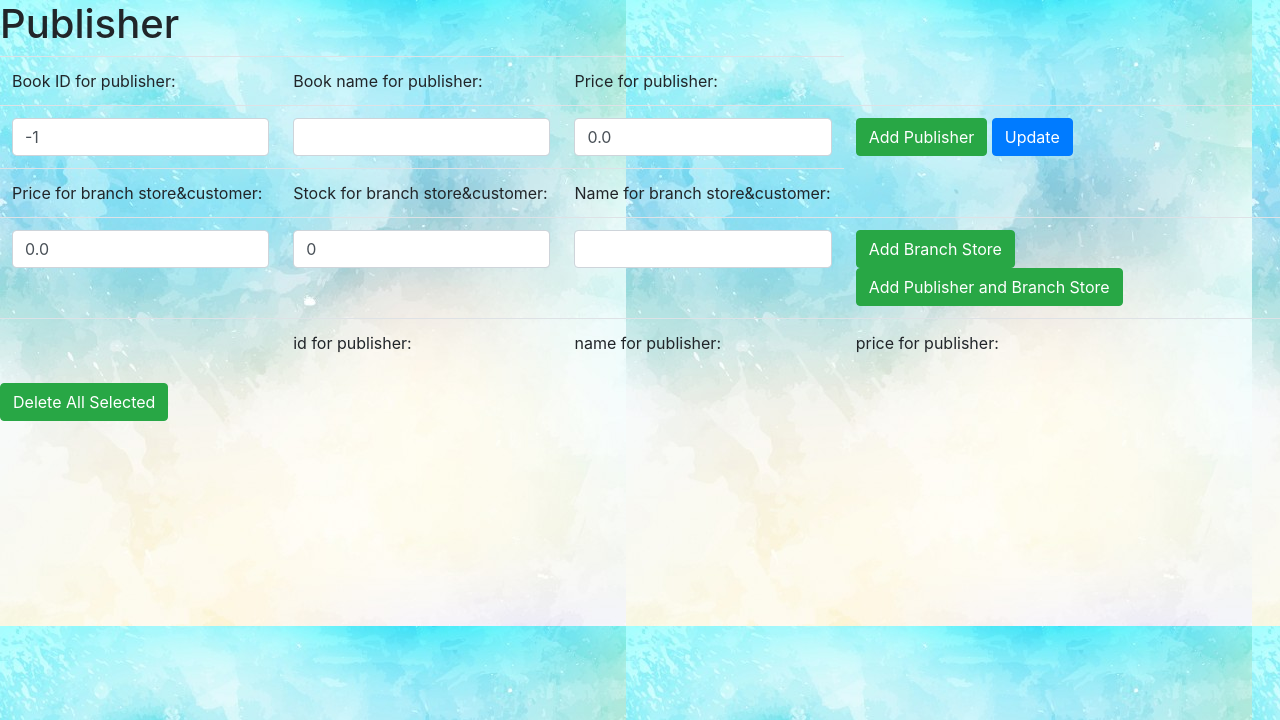
Repository: zhenyan02/HW_Projects
Page: http://localhost/bookStore/PublisherWeb.jsp
An editor plug-in stored every save of this project. The page is shown before and after the next save, followed by the edit.
The browser window is 1280 px wide. The pictures show the whole page.
The page is served by Tomcat 9. Other server files are loaded and not shown. Queries for data that is not in the repository find no rows.

Above is the page before, as saved 2018-11-28 20:22:54.

### 582_Final Project_JavaScript/bookStore/WebContent/PublisherWeb.jsp
<%@ page language="java" contentType="text/html; charset=ISO-8859-1"
    pageEncoding="ISO-8859-1" import="finalproject.bookstore.*, java.util.*"%>
<!DOCTYPE html PUBLIC "-//W3C//DTD HTML 4.01 Transitional//EN" "http://www.w3.org/TR/html4/loose.dtd">
<html>
<head>
<meta http-equiv="Content-Type" content="text/html; charset=ISO-8859-1">
<title>Insert title here</title>
<link href="css/bootstrap.css" rel="stylesheet"/>
</head>

<body background="back1.jpg">
	<h1>Publisher</h1>

<%
	SellerDAO dao = new SellerDAO();
    BranchDAO daoo = new BranchDAO();

	//controller{
	String action = request.getParameter("action");
    String name = request.getParameter("name");
    String price = request.getParameter("price");
    String id = request.getParameter("id");
	String action2 = request.getParameter("action2");
    String nameBuy = request.getParameter("nameBuy");
    String priceBuy = request.getParameter("priceBuy");
    String quantityBuy = request.getParameter("quantityBuy");
    String id2 = request.getParameter("id2");
    Seller app = new Seller();
    Branch apB = new Branch();

    /*
    			statement.setDouble(1, buyer.getSaleprice());
			statement.setInt(2, buyer.getQuantity());
			statement.setString(3, buyer.getName());*/

	//saleprice, quantity, name
    //Seller aXX2 = new Seller();
    //Seller aXX1 = new Seller();

    if("createSeller".equals(action)){
    	int idInt = Integer.parseInt(id);
    	double priceD = Double.parseDouble(price);
        app = new Seller(idInt, name, priceD);
    	dao.create(app);
    }else if("createBuyer".equals(action)){
    	int quantityBuyInt = Integer.parseInt(quantityBuy);
    	double priceBuyD = Double.parseDouble(priceBuy);
        apB = new Branch(priceBuyD, quantityBuyInt, nameBuy,0);
    	daoo.create(apB);
    }else if("remove".equals(action)){
    	//String nameString = String.parseString(id);
    	dao.remove(name);
    }else if("select".equals(action)){
    	//int idInt = Integer.parseInt(id);
    	app = dao.selectOne(name);
    }else if("update".equals(action)){
    	int idInt = Integer.parseInt(id);
    	double priceD = Double.parseDouble(price);
    	app = new Seller(idInt, name, priceD);
    	dao.update(name, app);
    }else if("create2".equals(action)){
    	int idInt = Integer.parseInt(id);
    	double priceD = Double.parseDouble(price);
        app = new Seller(idInt, name, priceD);
    	int quantityBuyInt = Integer.parseInt(quantityBuy);
    	double priceBuyD = Double.parseDouble(priceBuy);
        apB = new Branch(priceBuyD, quantityBuyInt, nameBuy,0 );
		dao.buyersellerInsert(app,apB);
    }else if("delete2".equals(action)){
    	//List<Seller> multiDelete = new ArrayList<Seller>();
    	//multiDelete.add(request.getParameterValues("ckbdelete"));
	    //dao.listDelete(multiDelete);
			System.out.println(request.getParameterValues("ckbdelete"));

    }


	//Seller app1 = new Seller("xxxyxx", 8.99);
	//dao.create(app1);


	List<Seller> sellers = dao.selectAll();
	 //}
%>
<form action="SellerWeb.jsp">
	<table class= "table">

			<tr>
			<td>Book ID for publisher:</td>
			<td>Book name for publisher:</td>
			<td>Price for publisher:</td>
			</tr>

			<tr>
			<td><input name="id" class="form-control" value="<%= app.getId()%>"/></td>
			<td><input name="name" class="form-control" value="<%= app.getName()%>"/></td>
			<td><input name="price" class="form-control" value="<%= app.getPrice()%>"/></td>
			<td>
				<button class="btn btn-success" name="action" value="createSeller">
					Add Publisher
				</button>
				<button class="btn btn-primary" name="action" value="update">
					Update
				</button>
			</td>
		</tr>
			<tr>
			<td>Price for branch store&customer:</td>
			<td>Stock for branch store&customer:</td>
			<td>Name for branch store&customer:</td>
			</tr>
		<tr>
			<td><input name="priceBuy" class="form-control" value="<%= apB.getSaleprice()%>"/></td>
			<td><input name="quantityBuy" class="form-control" value="<%= apB.getStock()%>"/></td>
			<td><input name="nameBuy" class="form-control" value="<%= apB.getName()%>"/></td>
			<td>
				<button class="btn btn-success" name="action" value="createBuyer">
					Add Branch Store
				</button>
				<button class="btn btn-success" name="action" value="create2">
					Add Publisher and Branch Store
				</button>
			</td>
		</tr>


			<tr><td></td>
			<td>id for publisher:</td>
			<td>name for publisher:</td>
			<td>price for publisher:</td>
			</tr>

<% for(Seller ap:sellers){


%>  <tr>
		<td><input name="ckbdelete" type="checkbox" value="<%= ap.getName()%>"/></td>
		<td><%= ap.getId() %></td>
		<td><%= ap.getName() %></td>
		<td><%= ap.getPrice() %></td>
		<td>
			<a class="btn btn-danger" href="SellerWeb.jsp?action=remove&name=<%= ap.getName() %>">
				Delete
			</a>
			<a class="btn btn-warning" href="SellerWeb.jsp?action=select&name=<%= ap.getName() %>">
				Select
			</a>
		</td>
	</tr>
<%
	}
%>
   </table>
</form>
				<button class="btn btn-success" name="action" value="delete2">
					Delete All Selected
				</button>
</body>
</html>

### 582_Final Project_JavaScript/bookStore/src/finalproject/bookstore/SellerDAO.java
package finalproject.bookstore;

import java.sql.Connection;
import java.sql.DriverManager;
import java.sql.PreparedStatement;
import java.sql.ResultSet;
import java.sql.SQLException;
import java.util.ArrayList;
import java.util.List;

public class SellerDAO {

	public Connection getConnection(){
		String connectionUrl = "jdbc:mysql://localhost:3306/onlineide";
		Connection connection = null;

		try {
			Class.forName("com.mysql.jdbc.Driver").newInstance();
			connection = DriverManager.getConnection(connectionUrl, "root", "zhenyanl");
		} catch (Exception e) {
			e.printStackTrace();
		}

		return connection;

	}

	public void closeConnection(Connection connection){
		try {
			connection.close();
		} catch (SQLException e) {
			e.printStackTrace();
		}
	}

	public void create(Seller seller){

		String sql = "insert into sellers(id, name, price) values (? ,?, ?)";

		Connection connection = getConnection();

		try {
			PreparedStatement statement = connection.prepareStatement(sql);
			statement.setInt(1, seller.getId());
			statement.setString(2, seller.getName());
			statement.setDouble(3, seller.getPrice());
			statement.execute();
		} catch (SQLException e) {
			e.printStackTrace();
		}finally {
			closeConnection(connection);
		}
	}



	public List<Seller> selectAll(){
		List<Seller> sellers = new ArrayList<Seller>();

		String sql = "select * from sellers";
		Connection connection = getConnection();

		try {
			PreparedStatement statement = connection.prepareStatement(sql);
			ResultSet results = statement.executeQuery();
			while(results.next()){
				int id = results.getInt("id");
				String name = results.getString("name");
				double price = results.getDouble("price");
				//int stockquantity = results.getInt("stockquantity");
				Seller seller = new Seller(id, name, price);
				sellers.add(seller);
			}
		} catch (SQLException e) {
			e.printStackTrace();
		}finally {
			closeConnection(connection);
		}

		return sellers;
	}

	public void remove(String name){
		String sql = "delete from sellers where name=?";

		Connection connection = getConnection();

		try {
			PreparedStatement statement = connection.prepareStatement(sql);
			statement.setString(1,  name);
			statement.execute();
		} catch (SQLException e) {
			e.printStackTrace();
		}finally{
			closeConnection(connection);
		}
	}


	public Seller selectOne(String name) {
		Seller app = null;

		String sql = "select * from sellers where name=?";
		Connection connection = getConnection();

		try {
			PreparedStatement statement = connection.prepareStatement(sql);
			statement.setString(1,  name);
			ResultSet results = statement.executeQuery();
			if(results.next()){
				int id = results.getInt("id");
				name = results.getString("name");
				double price = results.getDouble("price");
				app = new Seller(id,name,price);
			}
		} catch (SQLException e) {
			e.printStackTrace();
		}finally{
			closeConnection(connection);
		}
		return app;
	}

	public void update(String name, Seller app) {


		String sql = "update sellers set id=?, name=?, price=? where name=?";
		Connection connection = getConnection();

		try {
			PreparedStatement statement = connection.prepareStatement(sql);
			statement.setInt(1, app.getId());
			statement.setString(2, app.getName());
			statement.setDouble(3, app.getPrice());
			statement.setString(4, name);
			statement.execute();
		} catch (SQLException e) {
			e.printStackTrace();
		}finally{
			closeConnection(connection);
		}
	}


	/////////////////////////////////////////////////
	public void  listInsert(List<Seller> allInput){


		String sql = "insert into sellers(id, name, price) values (? ,?, ?)";
		Connection connection = getConnection();

		try {
			PreparedStatement statement = connection.prepareStatement(sql);
			//ResultSet results = statement.executeQuery();
			connection.setAutoCommit(false);
	        for (Seller seller : allInput) {
				statement.setInt(1, seller.getId());
				statement.setString(2, seller.getName());
				statement.setDouble(3, seller.getPrice());
				statement.execute();
				}
	        connection.commit();
		} catch (SQLException e) {
			e.printStackTrace();
								try {
									connection.rollback();
								} catch (SQLException e1) {
									e1.printStackTrace();
								}
		}finally {
			closeConnection(connection);
		}

	}
	///////////////////////////////////////////////////

	/////////////////////////////////////////////////
	public void  listDelete(List<Seller> allInput){


		String sql = "delete from sellers where name=?";
		Connection connection = getConnection();

		try {
			PreparedStatement statement = connection.prepareStatement(sql);
			//ResultSet results = statement.executeQuery();
			connection.setAutoCommit(false);
			for (Seller seller : allInput) {
				statement.setString(1, seller.getName());
				statement.execute();
				}
			connection.commit();
		} catch (SQLException e) {
			e.printStackTrace();
								try {
									connection.rollback();
								} catch (SQLException e1) {
									e1.printStackTrace();
								}
		}finally {
			closeConnection(connection);
		}

	}
	///////////////////////////////////////////////////
	public void  buyersellerInsert(Seller seller, Branch branch){


		String sqlS = "insert into sellers(id, name, price) values (? ,?, ?)";
		String sqlB = "insert into branchs(saleprice, stock, name, version) values (? ,?, ?,?)";
		Connection connection = getConnection();

		try {connection.setAutoCommit(false);
			PreparedStatement statementS = connection.prepareStatement(sqlS);
			statementS.setInt(1, seller.getId());
			statementS.setString(2, seller.getName());
			statementS.setDouble(3, seller.getPrice());
			statementS.execute();
			PreparedStatement statementB = connection.prepareStatement(sqlB);
			statementB.setDouble(1, branch.getSaleprice());
			statementB.setInt(2, branch.getStock());
			statementB.setString(3, branch.getName());
			statementB.setInt(4, branch.getVersion());
			statementB.execute();
			System.out.println("Reach here");
			//ResultSet results = statement.executeQuery();
	        connection.commit();
		} catch (SQLException e) {
			e.printStackTrace();
								try {
									connection.rollback();
								} catch (SQLException e1) {
									e1.printStackTrace();
								}
		}finally {
			closeConnection(connection);
		}

	}
	////////////////////////////////////////////////////


	public static void main(String[] args) {
		/*
		SellerDAO dao = new SellerDAO();


		Seller app1 = new Seller(1,"The Lord of Ring", 28.99);
		Seller app2 = new Seller(2,"The Kite Runner", 55.99);
		Seller app3 = new Seller(3,"The Da Vinci Code ", 36.59);
		Seller app4 = new Seller(4,"The Hunger Games", 56.89);
		Seller app5 = new Seller(5,"Life of Pi", 43.89);
		Seller app6 = new Seller(6,"Animal Farm", 67.99);
		Seller app7 = new Seller(7,"The Help", 19.99);
		Seller app8 = new Seller(8,"Gone Girl", 17.99);
		Seller app9 = new Seller(9,"Harry Potter", 39.99);
		Seller app10 = new Seller(10,"War and Peace", 47.99);
		dao.create(app1);
		dao.create(app2);
		dao.create(app3);
		dao.create(app4);
		dao.create(app5);
		dao.create(app6);
		dao.create(app7);
		dao.create(app8);
		dao.create(app9);
		dao.create(app10);
		*/
		/*
		BranchDAO daoo = new BranchDAO();


		Branch app11 = new Branch(38.99, 1,"The Lord of Ring",0);
		Branch app22 = new Branch(65.99,2,"The Kite Runner",0);
		Branch app33 = new Branch(46.59,1,"The Da Vinci Code ",0 );
		Branch app44 = new Branch(66.89, 3,"The Hunger Games" ,0);
		Branch app55 = new Branch(53.89, 1,"Life of Pi",0);
		Branch app66 = new Branch(77.99, 3,"Animal Farm",0);
		Branch app77 = new Branch(29.99,1,"The Help",0);
		Branch app88 = new Branch(27.99, 3,"Gone Girl",0);
		Branch app99 = new Branch(49.99, 6, "Harry Potter",0);
		//Branch app10 = new Branch(57.99, 10,"War and Peace");
		daoo.create(app11);
		daoo.create(app22);
		daoo.create(app33);
		daoo.create(app44);
		daoo.create(app55);
		daoo.create(app66);
		daoo.create(app77);
		daoo.create(app88);
		daoo.create(app99);
		*/


	}

}



///////////////////////TEST CODE////////////////////////////////

//Seller aXX2 = new Seller(11,"AYA", 28.99);
//Buyer aXX3 = new Buyer(38.99, 1,"ATA");
//dao.create(aXX2);
//daoo.create(aXX3);
//dao.buyersellerInsert(aXX2,aXX3);
//Seller aXX1 = new Seller(11,"AYA", 28.99);
//List<Seller> multiDelete = new ArrayList<Seller>();
//multiDelete.add(aXX2);
//multiDelete.add(aXX1);
//dao.listDelete(multiDelete);

//Seller apS1 = new Seller(11,"AXA", 28.99);
//dao.create(apS1);
//Seller apS2 = new Seller(12,"AYA", 66.66);
//dao.create(apS2);
//Seller apS3 = new Seller(13,"ZZZ", 28.99);
//dao.create(apS2);
//List<Seller> twoInputs = new ArrayList<Seller>();
//twoInputs.add(apS1);
//twoInputs.add(apS2);
//twoInputs.add(apS3);
//dao.listInsert(twoInputs);

//dao.listDelete(twoInputs);

//Buyer apB1 = new Buyer(38.99, 1,"XXX");
//daoo.create(apB1);
/*
Connection connection = dao.getConnection();
System.out.println(connection);
dao.closeConnection(connection);
*/

### 582_Final Project_JavaScript/bookStore/src/finalproject/bookstore/BranchDAO.java
package finalproject.bookstore;

import java.sql.Connection;
import java.sql.DriverManager;
import java.sql.PreparedStatement;
import java.sql.ResultSet;
import java.sql.SQLException;
import java.util.ArrayList;
import java.util.List;

public class BranchDAO {

	public Connection getConnection(){
		String connectionUrl = "jdbc:mysql://localhost:3306/onlineide";
		Connection connection = null;

		try {
			Class.forName("com.mysql.jdbc.Driver").newInstance();
			connection = DriverManager.getConnection(connectionUrl, "root", "zhenyanl");
		} catch (Exception e) {
			e.printStackTrace();
		}
		return connection;
	}

	public void closeConnection(Connection connection){
		try {
			connection.close();
		} catch (SQLException e) {
			e.printStackTrace();
		}
	}

	public void create(Branch branch){

		String sql = "insert into branchs(saleprice, stock, name, version) values (? ,?, ?, ?)";

		Connection connection = getConnection();

		try {
			PreparedStatement statement = connection.prepareStatement(sql);
			statement.setDouble(1, branch.getSaleprice());
			statement.setInt(2, branch.getStock());
			statement.setString(3, branch.getName());
			statement.setInt(4, 0);
			statement.execute();
	        connection.commit();
		} catch (SQLException e) {
			e.printStackTrace();
									try {
										connection.rollback();
									} catch (SQLException e1) {
										e1.printStackTrace();
									}
		}finally {
			closeConnection(connection);
		}
	}



	public List<Branch> selectAll(){
		List<Branch> branchs = new ArrayList<Branch>();

		String sql = "select * from branchs";
		Connection connection = getConnection();

		try {
			PreparedStatement statement = connection.prepareStatement(sql);
			ResultSet results = statement.executeQuery();
			while(results.next()){
				double saleprice = results.getDouble("saleprice");
				int stock = results.getInt("stock");
				String name = results.getString("name");
				int version = results.getInt("version");
				//int stockquantity = results.getInt("stockquantity");
				Branch branch = new Branch(saleprice, stock, name, version);
				branchs.add(branch);
			}
		} catch (SQLException e) {
			e.printStackTrace();
		}finally {
			closeConnection(connection);
		}

		return branchs;
	}



	public void remove(String name, int version){
		String sql = "delete from branchs where name=? and version=?";

		Connection connection = getConnection();

		try {
			PreparedStatement statement = connection.prepareStatement(sql);
			statement.setString(1,  name);
			statement.setInt(2, version);
			statement.execute();
		} catch (SQLException e) {
			e.printStackTrace();
		}finally{
			closeConnection(connection);
		}
	}



	public Branch selectOne(String name, int version) {
		Branch app = null;

		String sql = "select * from branchs where name=? and version=?";
		Connection connection = getConnection();

		try {			connection.setAutoCommit(false);
			PreparedStatement statement = connection.prepareStatement(sql);
			statement.setString(1,  name);
			statement.setInt(2, version);
			ResultSet results = statement.executeQuery();
			if(results.next()){
				double saleprice = results.getDouble("saleprice");
				int stock = results.getInt("stock");
				name = results.getString("name");
				version = results.getInt("version");
				app = new Branch(saleprice, stock, name, version);
			}else{
				System.out.println("AAAAAAbranch test REACH");
				return new Branch(0.0, 0, "Please refresh the page!!", 0);
			};
	        connection.commit();
			System.out.println("branch test REACH");
		} catch (SQLException e) {
			e.printStackTrace();
		}finally{
			closeConnection(connection);
		}
		return app;
	}



	public void update(String name, int version, Branch app) {

		String sql = "update branchs set saleprice=?, stock=?, name=?, version=? where name=? and version =?";
		Connection connection = getConnection();
		int newVersion = version+1;
		try {
			PreparedStatement statement = connection.prepareStatement(sql);
			statement.setDouble(1, app.getSaleprice());
			statement.setInt(2, app.getStock());
			statement.setString(3, app.getName());
			statement.setInt(4, newVersion);
			statement.setString(5, name);
			statement.setInt(6, version);
			statement.execute();
		} catch (SQLException e) {
			e.printStackTrace();
		}finally{
			closeConnection(connection);
		}
	}




	public void  listInsert(List<Branch> allInput){

		String sql = "insert into branchs(saleprice, stock, name, version) values (? ,?, ?, ?)";
		Connection connection = getConnection();

		try {
			PreparedStatement statement = connection.prepareStatement(sql);
			//ResultSet results = statement.executeQuery();
			connection.setAutoCommit(false);
	        for (Branch branch : allInput) {
	        	statement.setDouble(1, branch.getSaleprice());
				statement.setInt(2, branch.getStock());
				statement.setString(3, branch.getName());
				statement.setInt(4, 0);
				statement.execute();
				}
	        connection.commit();
		} catch (SQLException e) {
			e.printStackTrace();
								try {
									connection.rollback();
								} catch (SQLException e1) {
									e1.printStackTrace();
								}
		}finally {
			closeConnection(connection);
		}

	}

	public String listOrder(List<Order> allInput){
		String sql = "update branchs set stock=?, version=? where name=? and version =?";
		Connection connection = getConnection();
		int leftMarker = 0;

		try {
			PreparedStatement statement = connection.prepareStatement(sql);
			//ResultSet results = statement.executeQuery();
			connection.setAutoCommit(false);
			int count=0;
	        for (Order order : allInput) {
	        	int leftNbr = order.getStock()-order.getOrderNbr();

	        	if(leftNbr < 0){statement.setString(1, "leftNbr");}
	        	else{
				statement.setInt(1, leftNbr);}
				statement.setInt(2, order.getVersion()+1);
				statement.setInt(4, order.getVersion());
				statement.setString(3, order.getName());
				//statement.executeUpdate();
				 count = statement.executeUpdate() + count;

	        	}

			System.out.println(count);
				if(count ==1){
				try {
					connection.rollback();
				} catch (SQLException e2) {
					e2.printStackTrace();
				} return "page expired and order failed please refreash and try again";
				}

	        connection.commit();

		} catch (SQLException e) {
			e.printStackTrace();
								try {
									connection.rollback();
								} catch (SQLException e1) {
									e1.printStackTrace();
								}
								return "order failed  please try again";
		}finally {

			closeConnection(connection);
		}
		return "Please click the Order button to make an order";
	}




}

### 582_Final Project_JavaScript/bookStore/src/finalproject/bookstore/Seller.java
package finalproject.bookstore;


public class Seller {
	private int id = -1;
	private String name = "";
	private double price=0.0;


	public Seller() {
		super();
	}
	public Seller(String name, double price) {
		super();
		this.name = name;
		this.price = price;
	}
	public Seller(int id, String name, double price) {
		super();
		this.id = id;
		this.name = name;
		this.price = price;
	}
	public int getId() {
		return id;
	}
	public void setId(int id) {
		this.id = id;
	}
	public String getName() {
		return name;
	}
	public void setName(String name) {
		this.name = name;
	}
	public double getPrice() {
		return price;
	}
	public void setPrice(double price) {
		this.price = price;
	}

}

### 582_Final Project_JavaScript/bookStore/src/finalproject/bookstore/Branch.java
package finalproject.bookstore;

public class Branch {
	private double saleprice = 0.0;
	private int stock=0;
	private String name = "";
	private int version ;

	public Branch() {
		super();
	}

	public Branch(double saleprice, int stock, String name, int version) {
		super();
		this.saleprice = saleprice;
		this.stock = stock;
		this.name = name;
		this.version = version;
	}

	public double getSaleprice() {
		return saleprice;
	}
	public void setSaleprice(double saleprice) {
		this.saleprice = saleprice;
	}
	public int getStock() {
		return stock;
	}
	public void setStock(int stock) {
		this.stock = stock;
	}
	public String getName() {
		return name;
	}
	public void setName(String name) {
		this.name = name;
	}
	public int getVersion() {
		return version;
	}
	public void setVersion(int version) {
		this.version = version;
	}

}


/*		<tr>
<td><input name="stock2" class="form-control" value="<%= apB2.getStock()%>"/></td>
<td><input name="name2" class="form-control" value="<%= apB2.getName()%>"/></td>
<td><input name="saleprice2" class="form-control" value="<%= apB2.getSaleprice()%>"/></td>
<td><input name="version2" class="form-control" value="<%= apB2.getVersion()%>"/></td>
<td>
	<button class="btn btn-success" name="action" value="create2">
		Add 2 together
	</button>
</td>
</tr>


<div>
<td><input name="stock" class="form-control" value="<%= app.getStock()%>"/></td>
<span class="input-group-addon">-</span>
<td> <select name = "options">
	<% for(Branch ap:branchs){%>
			<option><%= ap.getName() %></option>
	<% }%>
</select> 	</td>
</div>*/

Loaded but not shown: 582_Final Project_JavaScript/bookStore/WebContent/css/bootstrap.css (library)

After the next save:
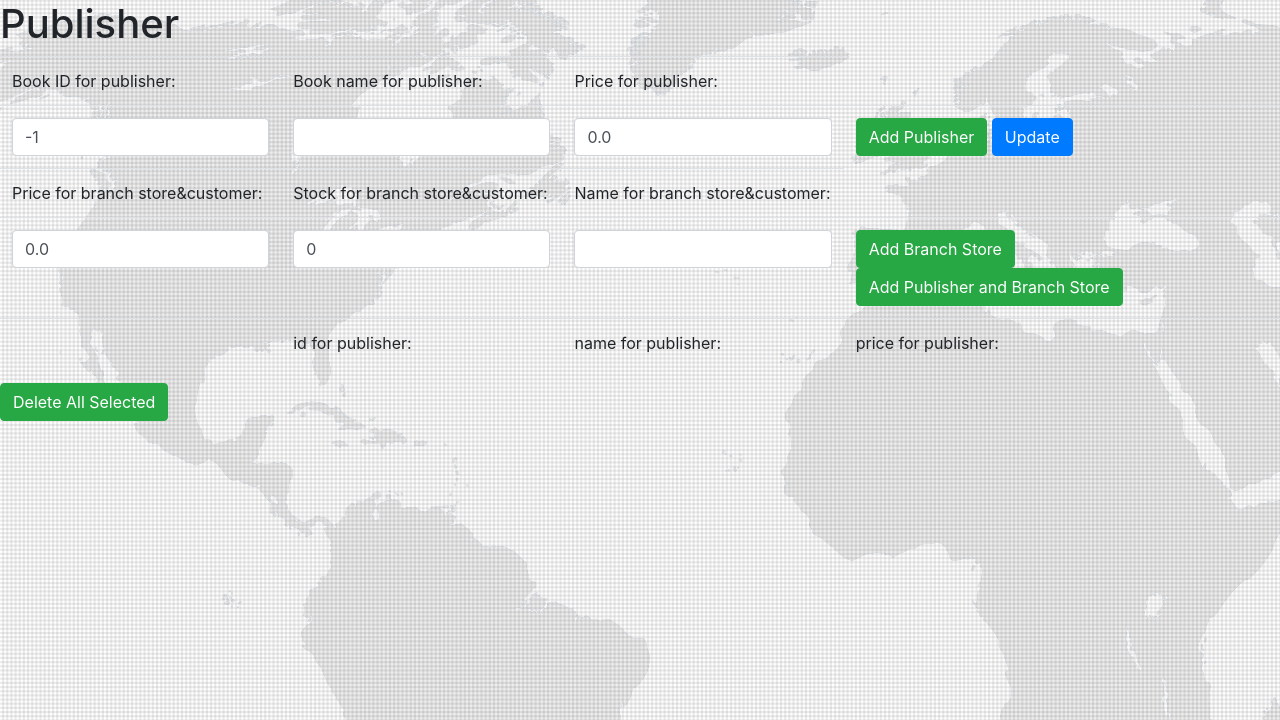
Saved 11 s later.
--- a/582_Final Project_JavaScript/bookStore/WebContent/PublisherWeb.jsp
+++ b/582_Final Project_JavaScript/bookStore/WebContent/PublisherWeb.jsp
@@ -8,7 +8,7 @@
 <link href="css/bootstrap.css" rel="stylesheet"/>
 </head>
 
-<body background="back1.jpg">
+<body background="back13.jpg">
 	<h1>Publisher</h1>
 
 <%
